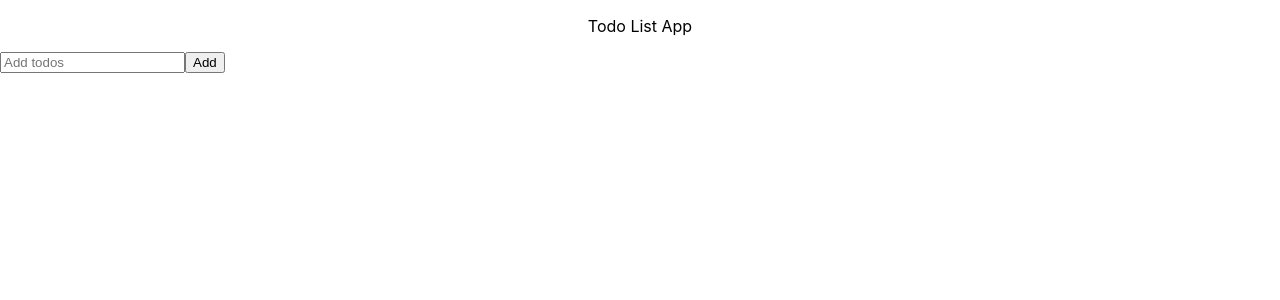
Repository: JohnKang0720/Simple-Todo-List
Page: /
These files come from the project's save history. The page is drawn as it stood at one moment and after the next save; the edit follows.
The browser window is 1280 px wide. The pictures show the whole page.
The project was rebuilt for these pictures with package versions that can differ from the ones it lists, and the page was loaded fresh each time.

Above is the page before, as saved 2021-05-24 11:21:38.

After the next save:
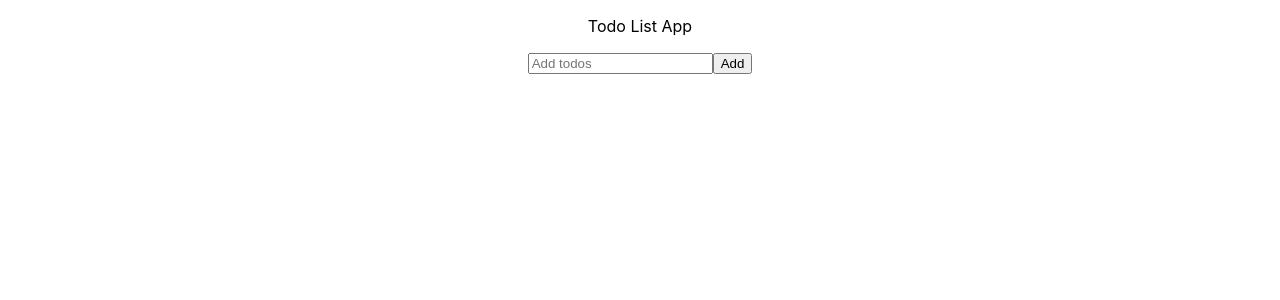
Saved 13 s later.
--- a/src/TodoList.js
+++ b/src/TodoList.js
@@ -3,8 +3,7 @@ import React, {useState} from 'react'
 function TodoList() {
     const [input, setinput] = useState('')
     const style = {
-        display: "flex",
-        align: "center"
+
     }
 
     return (
